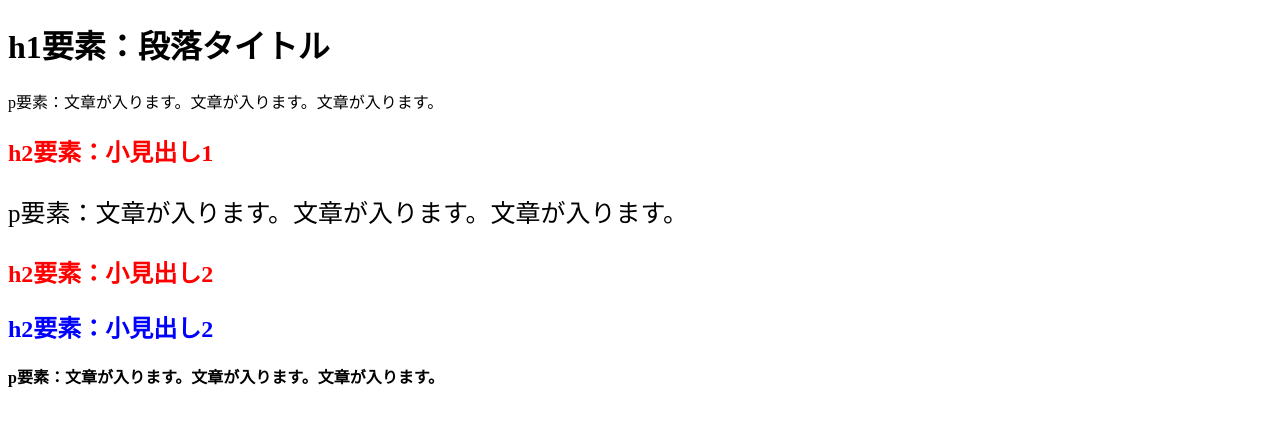
Repository: Miya0223/samurai_HTML-CSS
Page: index.html
The author's editor kept a record of every edit. The page is drawn from the files as they stood at one moment, then again after the next edit.
The browser window is 1280 px wide. The pictures show the whole page.

Above is the page before.

After the next edit:
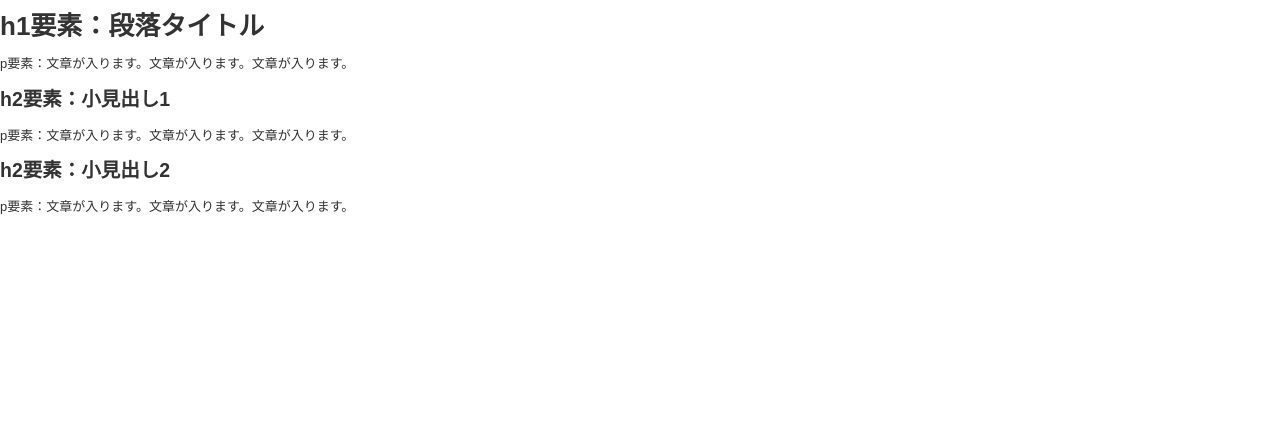
The edit:
--- a/index.html
+++ b/index.html
@@ -3,25 +3,17 @@
   <head>
     <meta charset="UTF-8">
     <title>HTML/CSSの学習</title>
-    <style>
-      h2 {
-        color: red;
-      }
-      #blue {
-        color: blue;
-      }
-    </style>
+    <link rel="stylesheet" href="stylesheet.css">
   </head>
   <body>
-    <h1>h1要素：段落タイトル</h1>
+    <h1 class="blue">h1要素：段落タイトル</h1>
     <p>p要素：文章が入ります。文章が入ります。文章が入ります。</p>
-    <h2>h2要素：小見出し1</h2>
-    <p style="font-size: 25px;">
+    <h2 class="blue">h2要素：小見出し1</h2>
+    <p class="fs-25">
       p要素：文章が入ります。文章が入ります。文章が入ります。
     </p>
-    <h2>h2要素：小見出し2</h2>
-    <h2 id="blue">h2要素：小見出し2</h2>
-    <p style="font-weight: bold;">
+    <h2 id="red">h2要素：小見出し2</h2>
+    <p class="fw-bold">
       p要素：文章が入ります。文章が入ります。文章が入ります。
     </p>
   </body>
